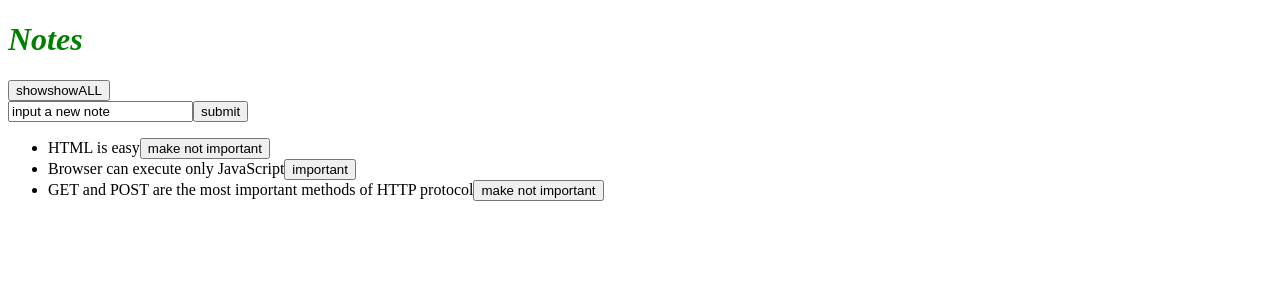
Repository: 2Lavine/fullstack
Page: / (app in part2/)
These files come from the project's save history. The page is drawn as it stood at one moment and after the next save; the edit follows.
The browser window is 1280 px wide. The pictures show the whole page.
The project was rebuilt for these pictures with package versions that can differ from the ones it lists, and the page was loaded fresh each time. Requests to the local data server were answered from the project's data file.

Above is the page before, as saved 2020-09-06 16:53:12.

### part2/src/index.js
import React from "react";
import ReactDOM from "react-dom";
import App from "./App.js";
import 'index.css'
ReactDOM.render(<App></App>, document.getElementById("root"));

### part2/src/App.js
import React, { useState, useEffect } from "react";
import Note from "./components/Note";
import noteService from "./services/note";

const App = () => {
  const [notes, setNotes] = useState([]);
  const [newNote, setNewNote] = useState("input a new note");
  const [showAll, setShowAll] = useState(true);
  const hook = () => {
    noteService.getAll().then((notes) => {
      setNotes(notes);
    });
  };
  useEffect(hook, []);
  const addNote = (e) => {
    e.preventDefault();
    const newNoteObject = {
      content: newNote,
      date: new Date().toISOString(),
      important: Math.random() < 0.5,
    };
    noteService.create(newNoteObject).then((res) => {
      setNotes(notes.concat(res.data));
      setNewNote("");
    });
  };
  const handleNoteChange = (e) => {
    console.log(e.target.value);
    setNewNote(e.target.value);
  };
  const handleNoteShow = (e) => {
    setShowAll(!showAll);
    console.log(notesToShow);
  };
  const toggleImportanceOf = (id) => {
    console.log("importance of " + id + " needs to be toggled");
    const note = notes.find((item) => item.id === id);
    const changedNote = { ...note, important: !note.important };
    noteService
      .update(id, changedNote)
      .then((res) => {
        setNotes(notes.map((note) => (note.id !== id ? note : res.data)));
      })
      .catch((err) => {
        alert(` note ${note.content} has already benn deleted`);
        setNotes(notes.filter((note) => note.id));
      });
  };
  const notesToShow = showAll
    ? notes
    : notes.filter((item) => item.important === true);

  return (
    <div>
      <h1>Notes</h1>
      <div>
        <button onClick={handleNoteShow}>
          show{showAll ? "showALL" : "important"}
        </button>
      </div>
      <form onSubmit={addNote}>
        <input value={newNote} onChange={handleNoteChange}></input>
        <button type="submit">submit</button>
      </form>
      <ul>
        {notesToShow.map((note) => (
          <Note
            note={note}
            key={note.id}
            toggleImportance={() => toggleImportanceOf(note.id)}
          ></Note>
        ))}
      </ul>
    </div>
  );
};

export default App;

### part2/src/index.css
h1 {
  color: green;
  font-style: italic;
}

### part2/src/components/Note.js
import React from "react";

const Note = ({ note, toggleImportance }) => {
  const label = note.important ? "make not important" : "important";
  return (
    <li>
      {note.content}
      <button onClick={toggleImportance}>{label}</button>
    </li>
  );
};

export default Note;

### part2/src/services/note.js
import axios from "axios";
const baseUrl = "http://localhost:3001/notes";

const getAll = () => {
  return axios.get(baseUrl).then((res) => res.data);
};
const create = (newObj) => {
  axios.post(baseUrl, newObj);
};
const update = (id, newObj) => {
  axios.put(`${baseUrl}/${id}`, newObj);
};

export default {
  getAll,
  create,
  update,
};

Loaded but not shown: part2/public/index.html (common file); part2/db.json (common file)

After the next save:
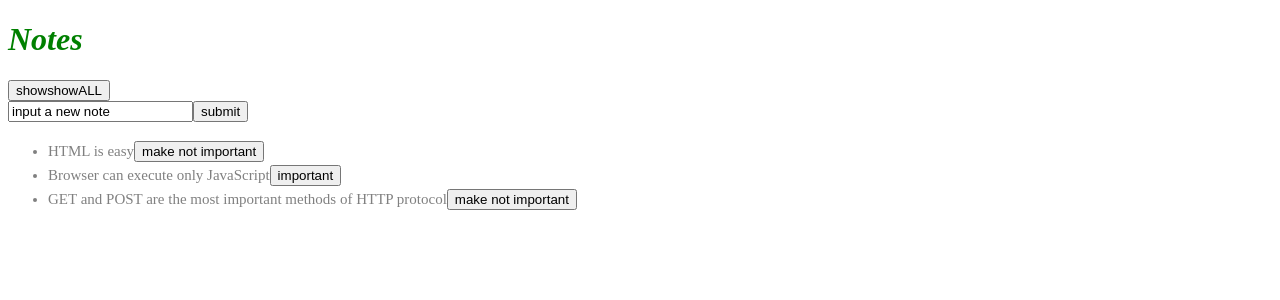
Saved 19 s later.
--- a/part2/src/index.css
+++ b/part2/src/index.css
@@ -2,3 +2,8 @@ h1 {
   color: green;
   font-style: italic;
 }
+li {
+  color: grey;
+  padding-top: 3px;
+  font-size: 15px;
+}
